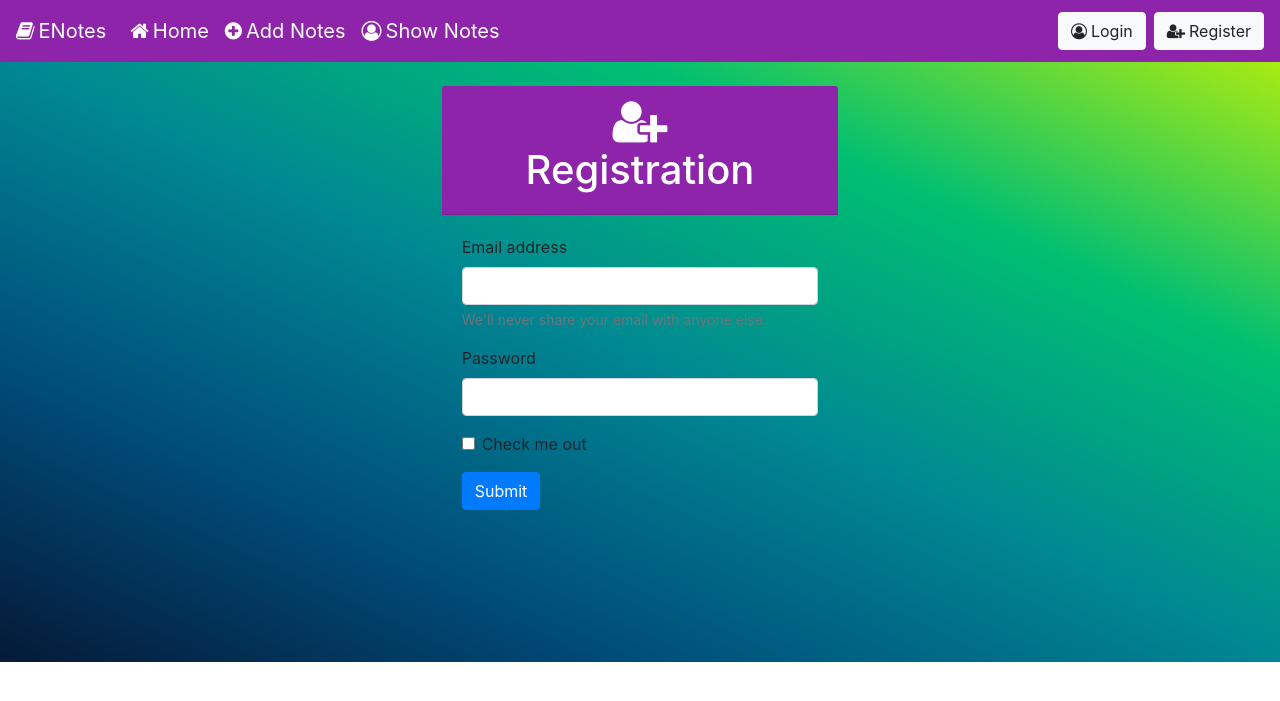
Repository: Bansal140899/eclipse-workspace
Page: http://localhost/ENotesProject/register.jsp
These files come from the project's save history. The page is drawn as it stood at one moment and after the next save; the edit follows.
The browser window is 1280 px wide. The pictures show the whole page.
The page is served by Tomcat 9.

Above is the page before, as saved 2025-12-21 22:17:35.

After the next save:
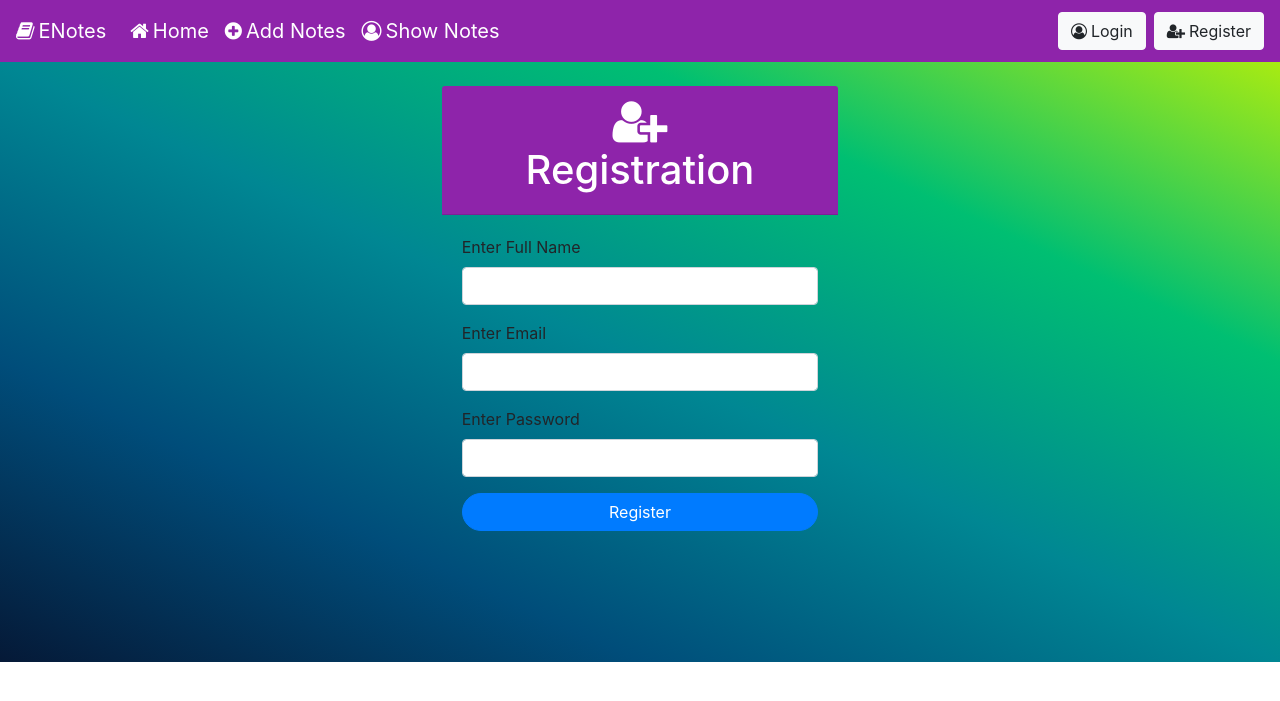
Saved 8 min 23 s later.
--- a/ENotesProject/src/main/webapp/register.jsp
+++ b/ENotesProject/src/main/webapp/register.jsp
@@ -24,22 +24,25 @@
 				<div class="card-body">
 					<form>
 						<div class="form-group">
-							<label for="exampleInputEmail1">Email address</label> <input
+							<label> Enter Full Name</label>
+							 <input
+								type="text" class="form-control" id="exampleInputEmail1"
+								aria-describedby="emailHelp">
+						</div>
+
+						<div class="form-group">
+							<label> Enter Email</label>
+							 <input
 								type="email" class="form-control" id="exampleInputEmail1"
-								aria-describedby="emailHelp"> <small id="emailHelp"
-								class="form-text text-muted">We'll never share your
-								email with anyone else.</small>
+								aria-describedby="emailHelp">
 						</div>
-						<div class="form-group">
-							<label for="exampleInputPassword1">Password</label> <input
-								type="password" class="form-control" id="exampleInputPassword1">
+
+						<div class = "form-group">
+						   <label >Enter Password</label>
+						   <input type ="password" class="form-control" id = "exampleInputPassword1">
 						</div>
-						<div class="form-group form-check">
-							<input type="checkbox" class="form-check-input"
-								id="exampleCheck1"> <label class="form-check-label"
-								for="exampleCheck1">Check me out</label>
-						</div>
-						<button type="submit" class="btn btn-primary">Submit</button>
+
+						<button type="submit" class="btn btn-primary badge-pill btn-block">Register</button>
 					</form>
 
 
